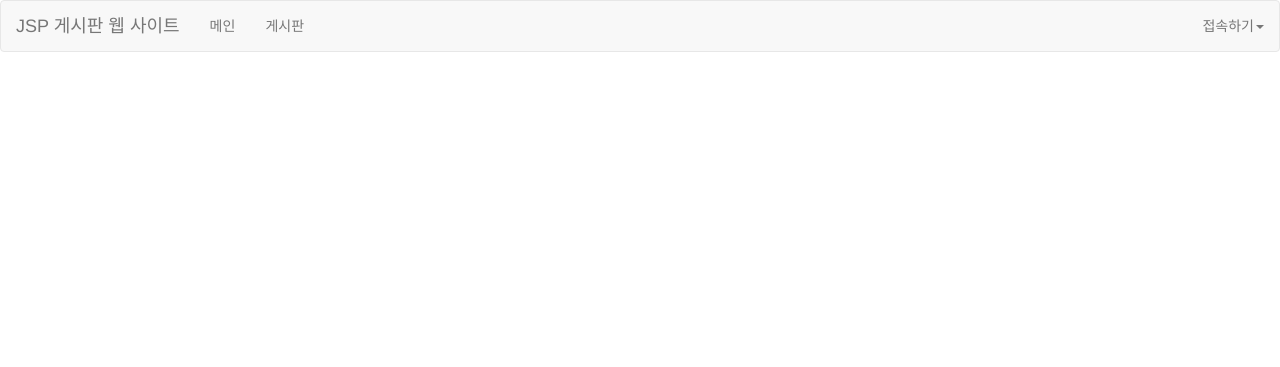
Repository: OpenSourceDevelopmentProject/EscapeYoutubeAlgorithm
Page: http://localhost/BBS/login.jsp
These files come from the project's save history. The page is drawn as it stood at one moment and after the next save; the edit follows.
The browser window is 1280 px wide. The pictures show the whole page.
Some web libraries are served in a nearby version. The page is served by Tomcat 9.

Above is the page before, as saved 2021-11-25 14:34:48.

After the next save:
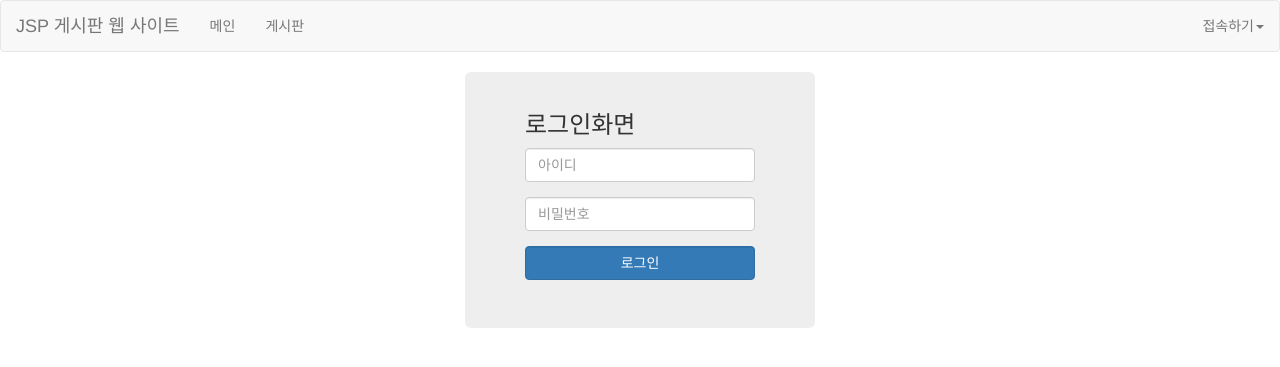
Saved 4 min 9 s later.
--- a/projects/BBS/src/main/webapp/login.jsp
+++ b/projects/BBS/src/main/webapp/login.jsp
@@ -40,8 +40,27 @@
 			</li>
 		</ul>
 	</div>
+	</nav>
 
-	</nav>
+	<div class="container">
+		<div class="col-lg-4"></div>
+		<div class="col-lg-4">
+			<div class="jumbotron" style="padding-top:20px;">
+				<form method="post" action="loginAction.jsp">
+					<h3 style="text-lign: center;">로그인화면</h3>
+					<div class="form-group">
+						<input type="text" class="form-control" placeholder="아이디" name = "userID" maxlength = "20">
+					</div>
+					<div class="form-group">
+						<input type="password" class="form-control" placeholder="비밀번호" name = "userPassword" maxlength = "20">
+					</div>
+					<input type="submit" class="btn btn-primary form-control" value="로그인">
+				</form>
+			</div>
+		</div>
+		<div class="col-lg-4"></div>
+	</div>
+
 	<script src = "https://code.jquery.com/jquery-3.1.1.min.js"></script>
 	<script src="js/bootstrap.js"></script>
 </body>
